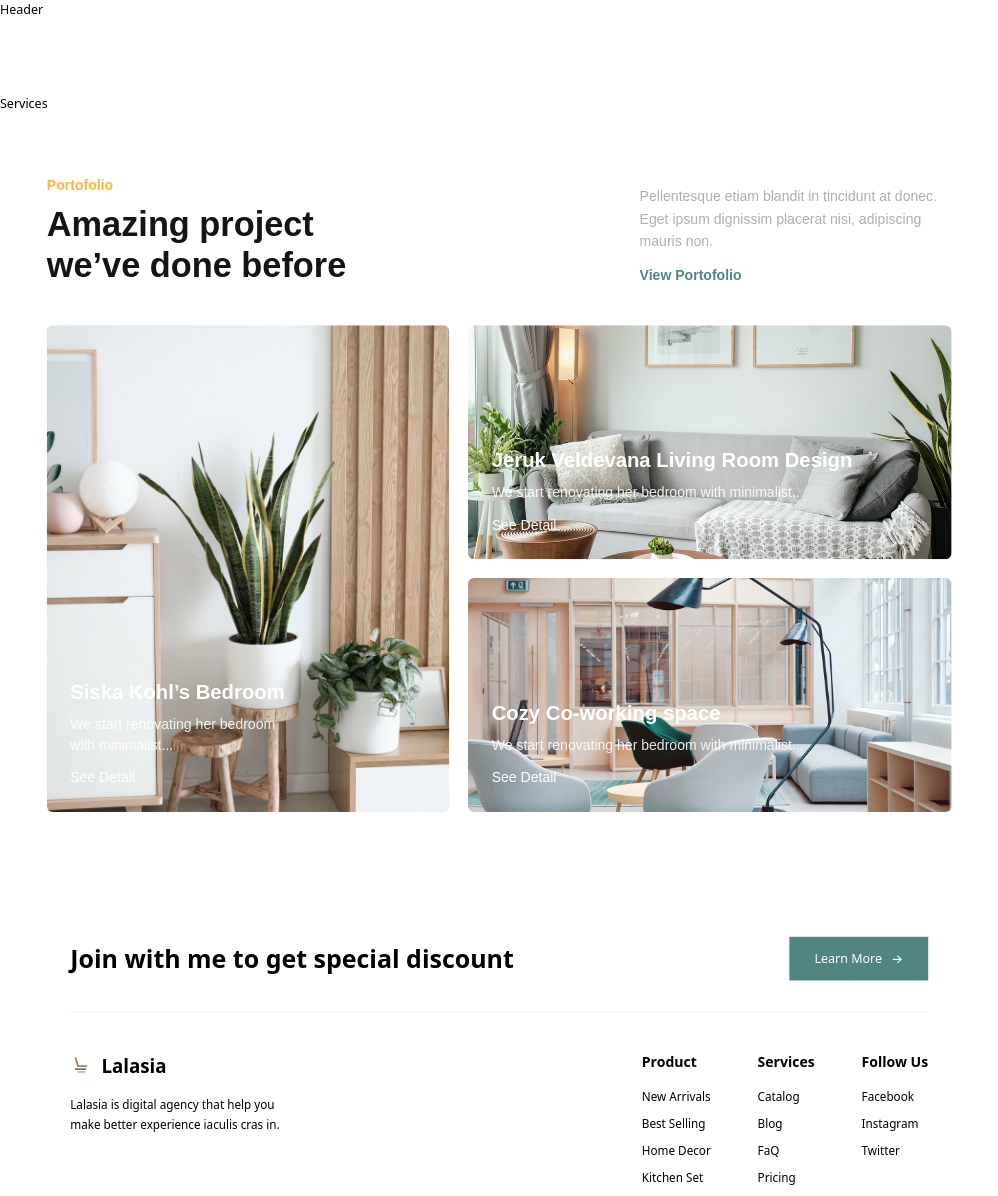
Repository: archis-academy/december-frontend-lalasia-2025
Page: /services
These files come from the project's save history. The page is drawn as it stood at one moment and after the next save; the edit follows.
The browser window is 1280 px wide. The pictures show the whole page, at 78% of full size.
Some web fonts or font styles are not loaded; a fallback is used. The project was rebuilt for these pictures with package versions that can differ from the ones it lists, and the page was loaded fresh each time. Also part of the build but not shown: vite.config.ts, src/components/welcome/benefits.scss, src/components/welcome/benefitsd.tsx, src/components/Article/Article.module.scss, src/components/Article/ArticleCard.module.scss, src/components/CustomButton/CustomButton.tsx, src/components/Arrow/Arrow.tsx, src/components/Article/ArticleCard.tsx and 19 more.

Above is the page before, as saved 2026-01-27 00:59:43.

After the next save:
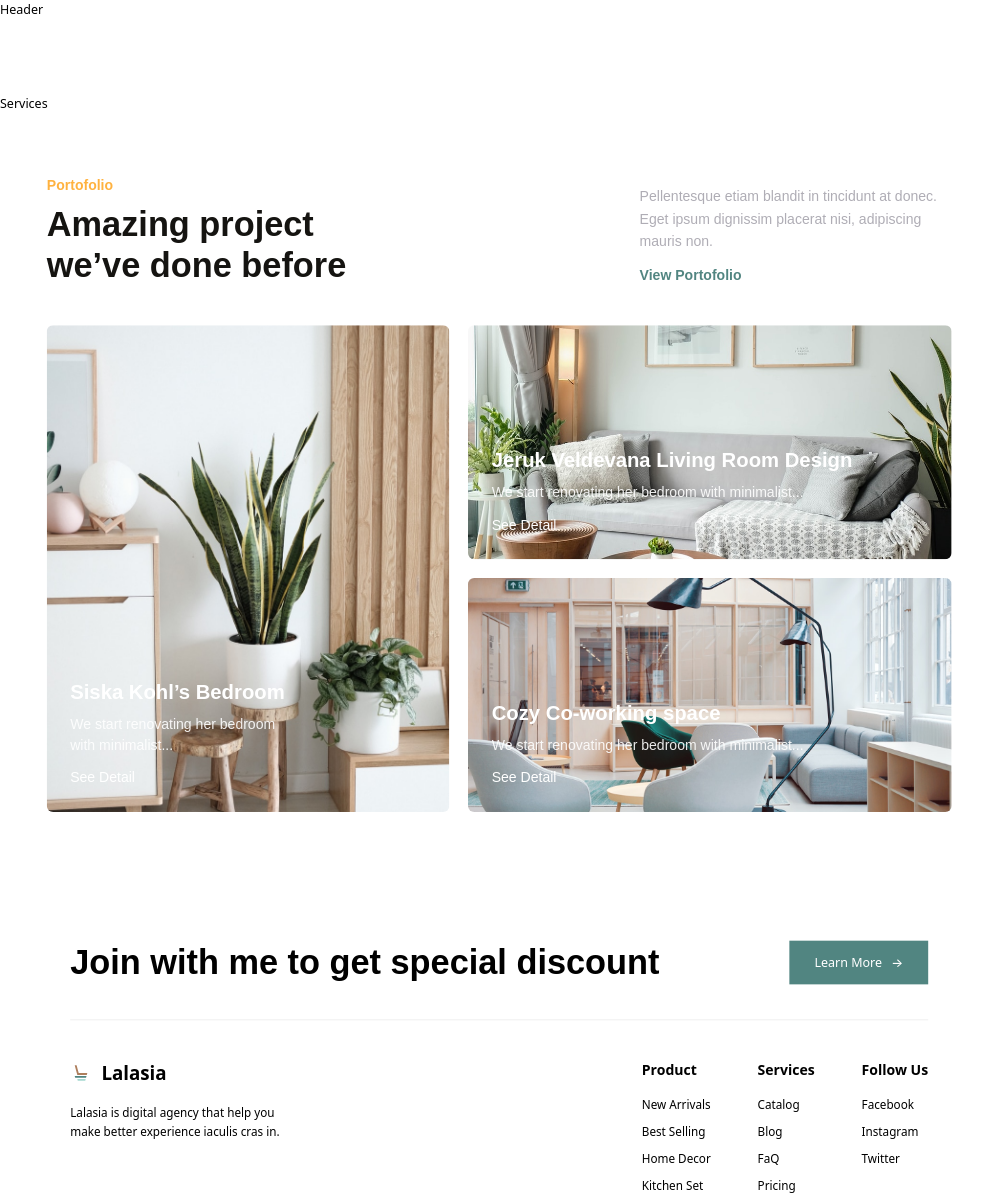
Saved 9 min 54 s later.
--- a/src/components/Footer/Footer.scss
+++ b/src/components/Footer/Footer.scss
@@ -19,7 +19,8 @@
       margin-bottom: 40px;
 
       .cta-text {
-        font-size: 32px;
+        font-size: 44px;
+        font-family: sans-serif;
         font-weight: 700;
         color: $black;
         margin: 0;
